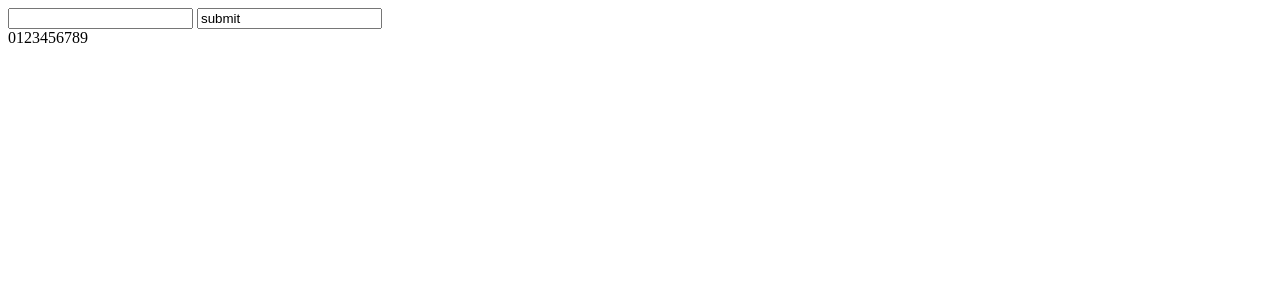
Repository: amankeshwani21/Assignments_java
Page: http://localhost/Jsp_demo/
An editor plug-in stored every save of this project. The page is shown before and after the next save, followed by the edit.
The browser window is 1280 px wide. The pictures show the whole page.
The page is served by Tomcat 9.

Above is the page before, as saved 2021-01-27 11:10:37.

### Jsp_demo/WebContent/index.jsp
<%@ page language="java" contentType="text/html; charset=UTF-8"
    pageEncoding="UTF-8"%>
<!DOCTYPE html PUBLIC "-//W3C//DTD HTML 4.01 Transitional//EN" "http://www.w3.org/TR/html4/loose.dtd">
<html>
<head>
<meta http-equiv="Content-Type" content="text/html; charset=UTF-8">
<title>Insert title here</title>
</head>
<body>
  <form action="index">
     <input type="text" name="user">
      <input type="text" value="submit">
     </form>

     <%
          for(int i=0;i<10;i++){
        	 out.print(i);
          }
     %>
</body>
</html>

After the next save:
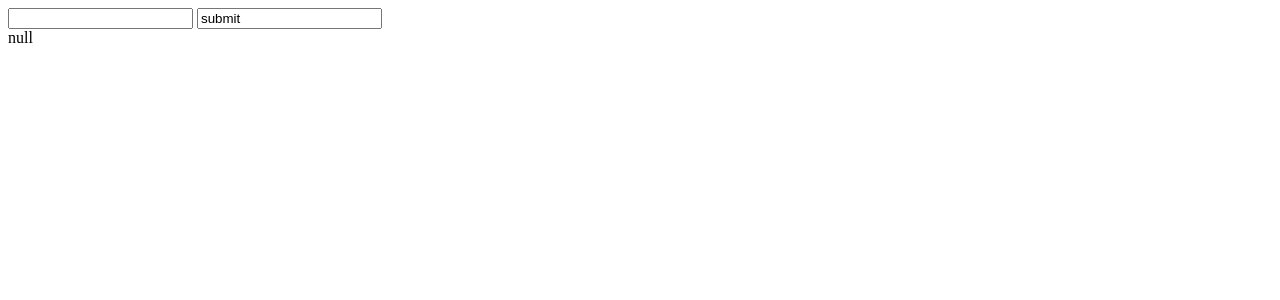
Saved 63 s later.
--- a/Jsp_demo/WebContent/index.jsp
+++ b/Jsp_demo/WebContent/index.jsp
@@ -13,9 +13,8 @@
      </form>
 
      <%
-          for(int i=0;i<10;i++){
-        	 out.print(i);
-          }
+        String s= request.getParameter("user");
+     out.println(s);
      %>
 </body>
 </html>
